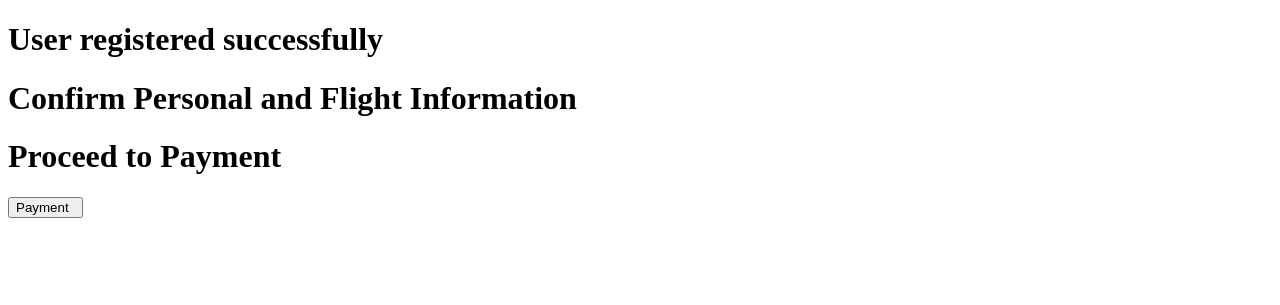
Repository: Shivani2392/FlyAwayProject
Page: http://localhost/FlightBookingPortal/BookFlight.jsp
These files come from the project's save history. The page is drawn as it stood at one moment and after the next save; the edit follows.
The browser window is 1280 px wide. The pictures show the whole page.
The page is served by Tomcat 9. Other server files are loaded and not shown.

Above is the page before, as saved 2020-11-20 16:18:13.

### FlightBookingPortal/src/main/webapp/BookFlight.jsp
<%@ page language="java" contentType="text/html; charset=ISO-8859-1"
    pageEncoding="ISO-8859-1"%>
<!DOCTYPE html>
<html>
<head>
<meta charset="ISO-8859-1">
<title>Flight Details</title>
</head>
<body>
<h1>User registered successfully</h1>

<h1>Confirm Personal and Flight Information</h1>



<h1>Proceed to Payment</h1>
<input type="submit" value="Payment	" name="Payment"></input>
</body>
</html>

After the next save:
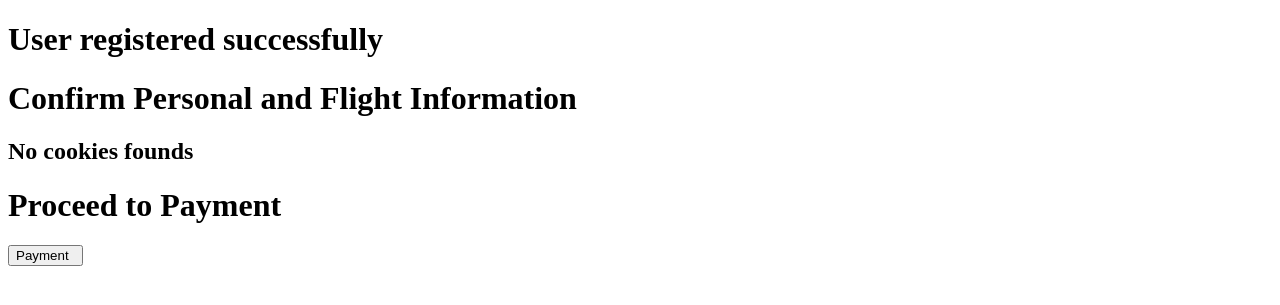
Saved 12 h 33 min later.
--- a/FlightBookingPortal/src/main/webapp/BookFlight.jsp
+++ b/FlightBookingPortal/src/main/webapp/BookFlight.jsp
@@ -12,6 +12,35 @@
 <h1>Confirm Personal and Flight Information</h1>
 
 
+<%
+Cookie cookie = null;
+Cookie[] cookies = null;
+cookies=request.getCookies();
+//get an array of cookies
+if( cookies != null ) {
+            out.println("<h2>Confirm Personal Details and Flight Information</h2>");
+
+            for (int i = 0; i < cookies.length; i++) {
+               cookie = cookies[i];
+               out.print("Name : " + cookie.getName( ) + ",  ");
+               out.print("Value: " + cookie.getValue( )+" <br/>");
+               out.print("Name : " + cookie.getName( ) + ",  ");
+               out.print("Value: " + cookie.getValue( )+" <br/>");
+               out.print("Name : " + cookie.getName( ) + ",  ");
+               out.print("Value: " + cookie.getValue( )+" <br/>");
+               out.print("Name : " + cookie.getName( ) + ",  ");
+               out.print("Value: " + cookie.getValue( )+" <br/>");
+
+            }
+         } else {
+            out.println("<h2>No cookies founds</h2>");
+         }
+
+
+
+%>
+
+
 
 <h1>Proceed to Payment</h1>
 <input type="submit" value="Payment	" name="Payment"></input>
